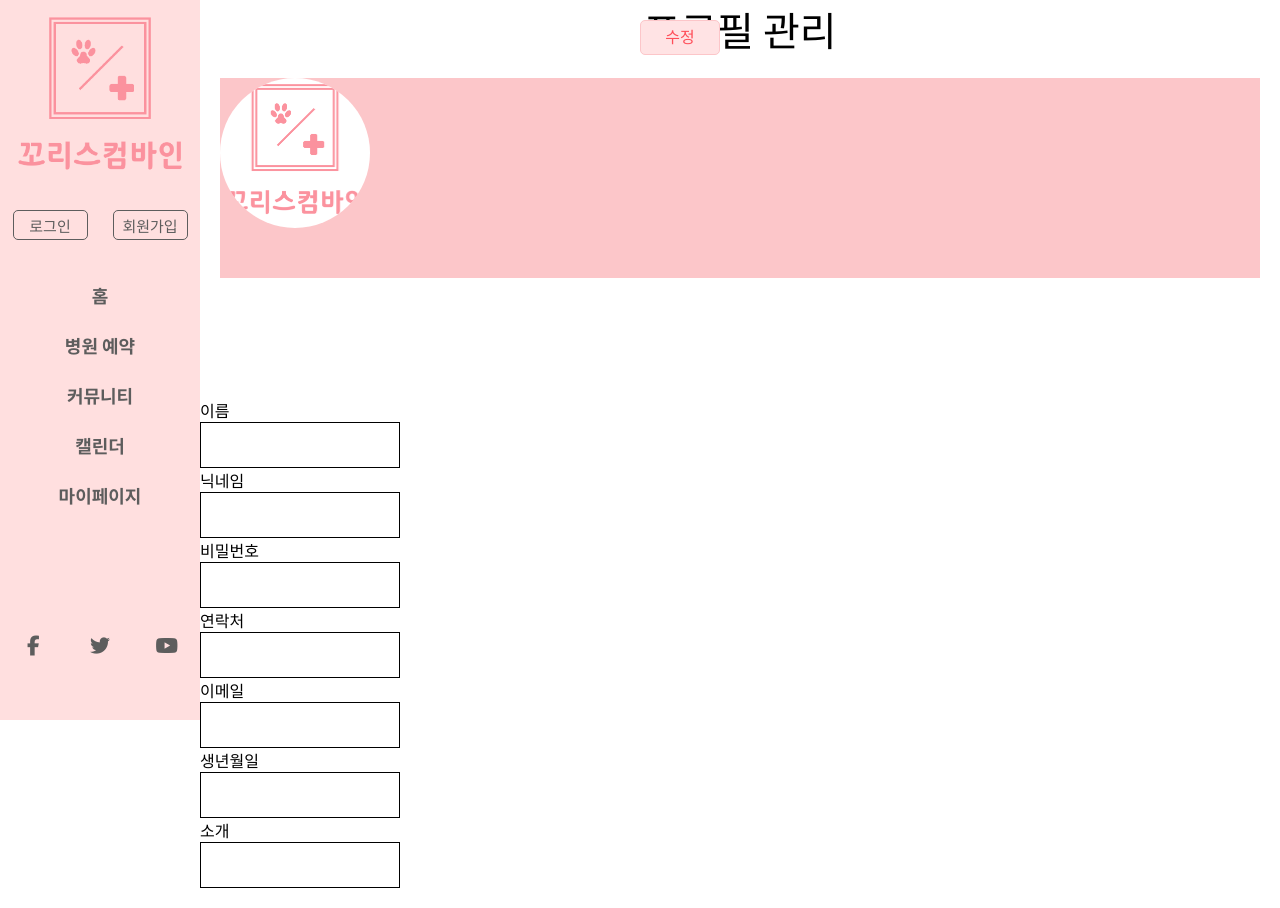
Repository: dodnam/kkoris
Page: http://localhost/1_kkoris/reservation2.jsp
These files come from the project's save history. The page is drawn as it stood at one moment and after the next save; the edit follows.
The browser window is 1280 px wide. The pictures show the whole page.
Some web libraries are served in a nearby version. The page is served by Tomcat 9.

Above is the page before, as saved 2020-02-17 15:40:32.

After the next save:
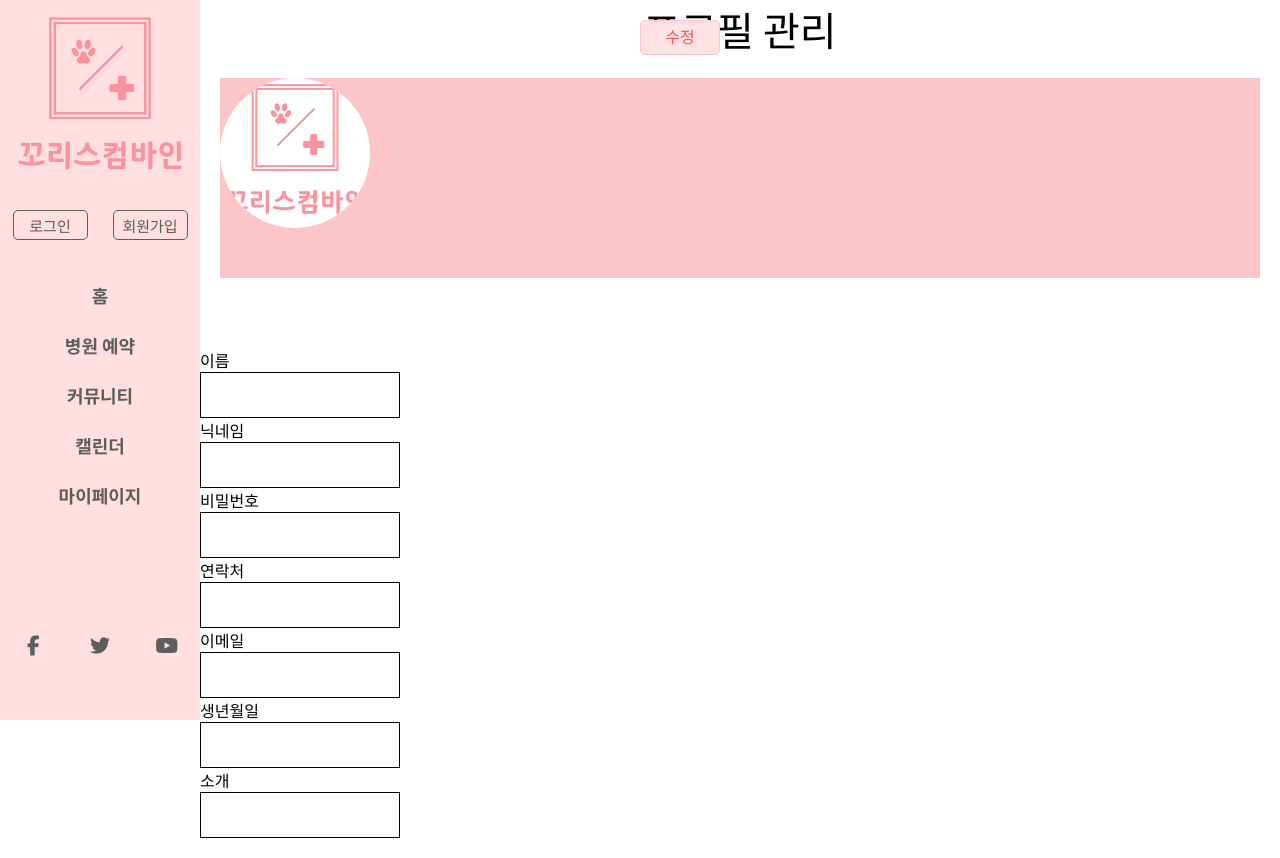
Saved 18 s later.
--- a/1_kkoris/WebContent/reservation2.jsp
+++ b/1_kkoris/WebContent/reservation2.jsp
@@ -13,7 +13,7 @@
 	.profile{width: 100%; height:100%; object-fit:cover; display:block; margin:0px auto;}
 	.userTitle{font-size:40px; text-align:center; top:30px;}
 	.submit{line-height: 30px; text-align: center; background-color: #ffe3e4; color:#ff4e59;border: 1px solid #fcc6c9; border-radius: 5px; width: 80px; height: 35px; position: absolute;left:50%;top:20px; outline:none;}
-	.boxBody{position:absolute; top:300px;}
+	.boxBody{position:absolute; top:250px;}
 </style>
 </head>
 <body>
